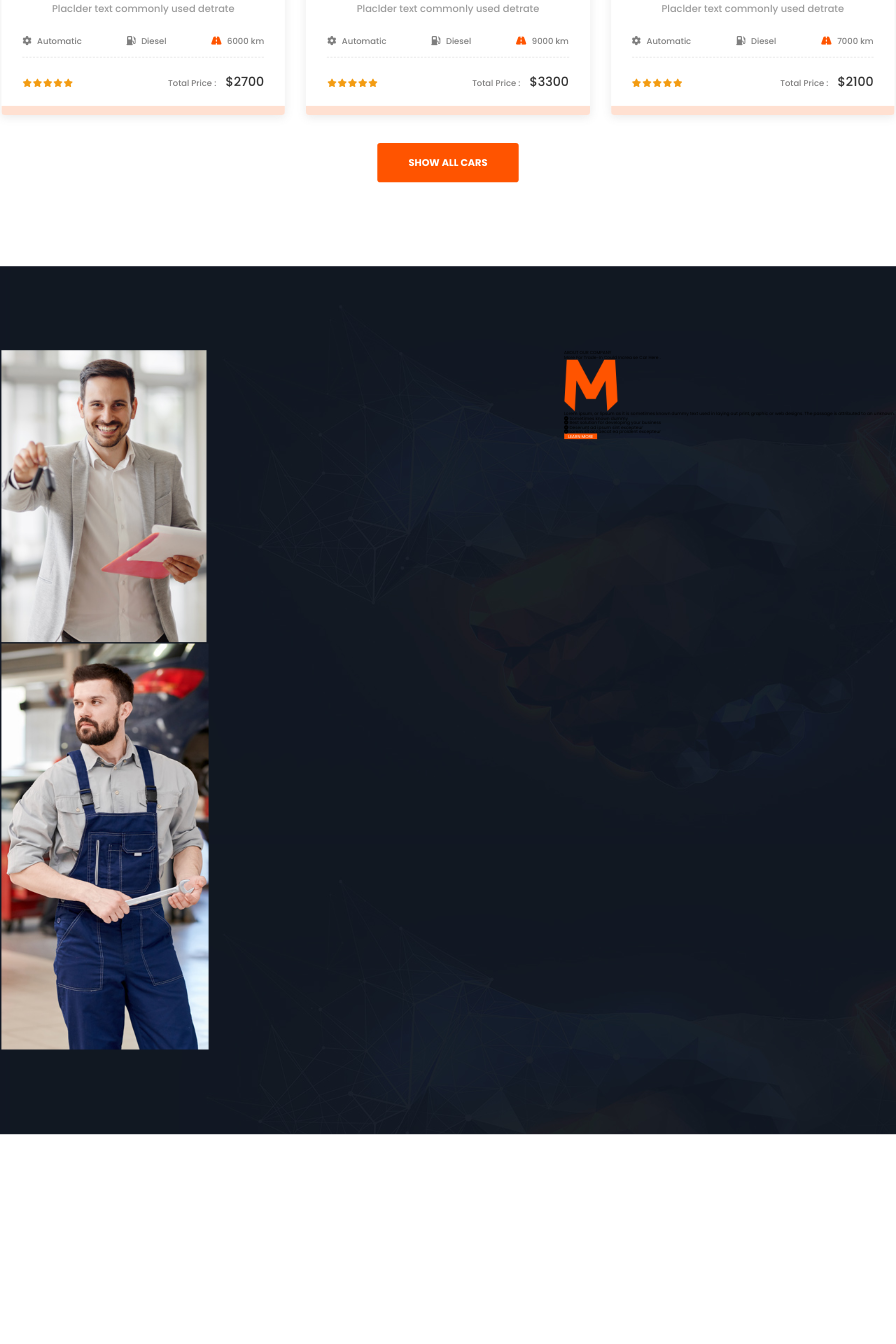
Repository: thanhdinh01/shopcar
Page: index.html
The author's editor kept a copy of each file at every save. The page is drawn from the files as they stood at one save, then again after the next save.
The browser window is 1280 px wide. The pictures show the part of the page from y = 2556 to 4476 px (the page is 4476 px tall before and 4058 px after), at 70% of full size.
Some web libraries are served in a nearby version. The style sheet was rebuilt from its Sass, Less or Tailwind sources for each picture, by a compiler version that may differ from the author's.

Above is the page before, as saved 2022-08-17 20:45:58.

After the next save:
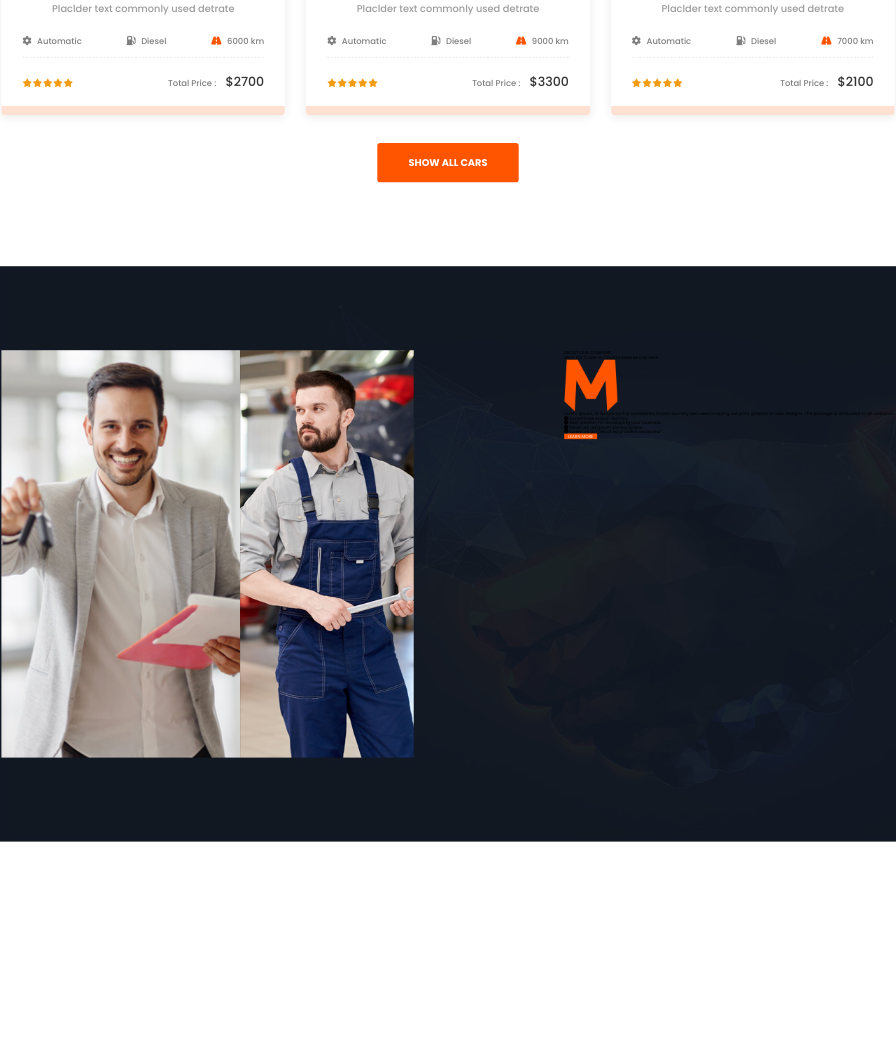
Saved 55 s later.
--- a/css/_about-area.scss
+++ b/css/_about-area.scss
@@ -5,5 +5,15 @@
     display: flex;
     justify-content: space-between;
     gap: 0 30px;
+    .about-area-img {
+      display: flex;
+      .img-item {
+        img {
+          width: 100%;
+          height: 100%;
+          object-fit: cover;
+        }
+      }
+    }
   }
 }
